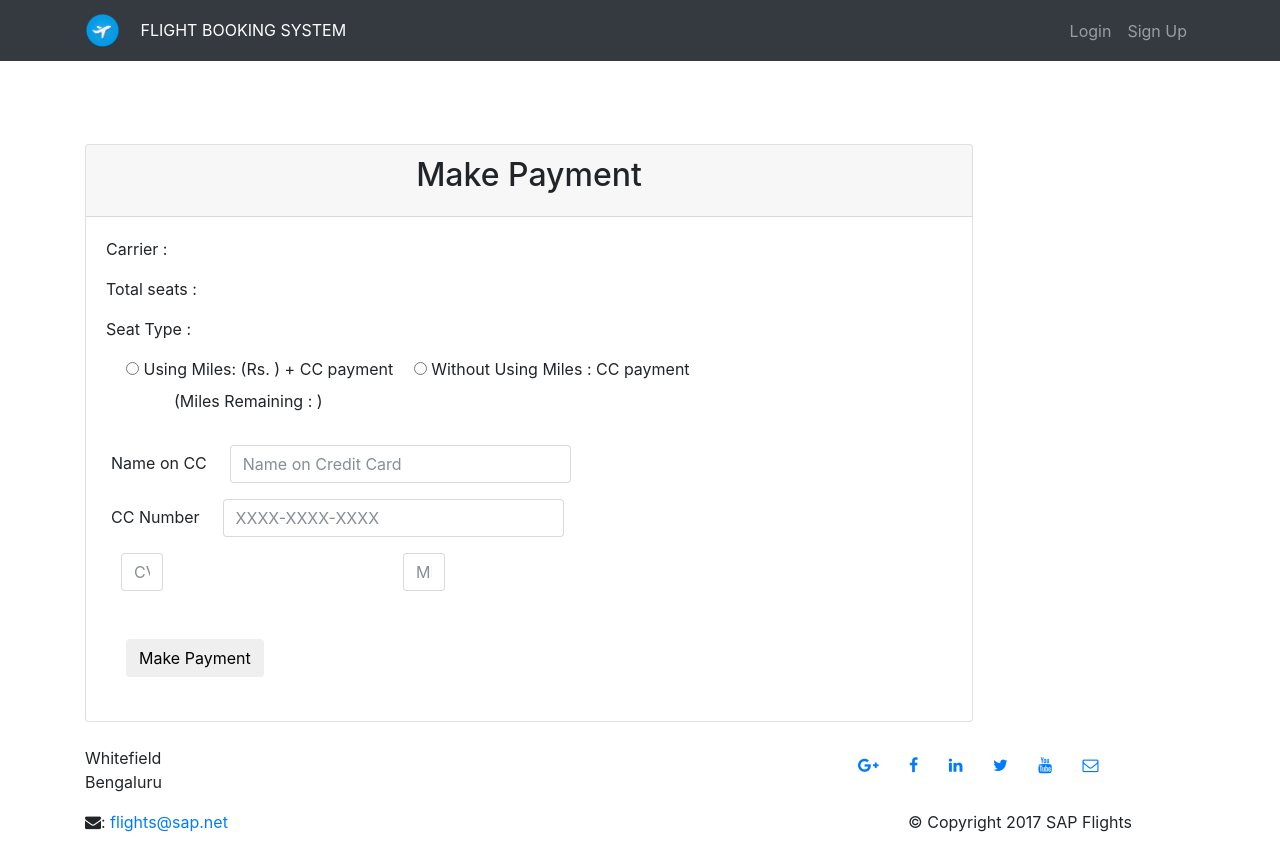
Repository: yashtatia/Spring-Practice
Page: http://localhost/FitnessTracker/WEB-INF/jsp/makePayment.jsp
These files come from the project's save history. The page is drawn as it stood at one moment and after the next save; the edit follows.
The browser window is 1280 px wide. The pictures show the whole page.
Some web libraries are served in a nearby version. The page is served by Tomcat 9. Nobody is signed in. The template is opened directly, without the code that normally fills it, so the values that code supplies are empty.

Above is the page before, as saved 2017-09-06 08:50:15.
Console error: SyntaxError: Unexpected token ';'

After the next save:
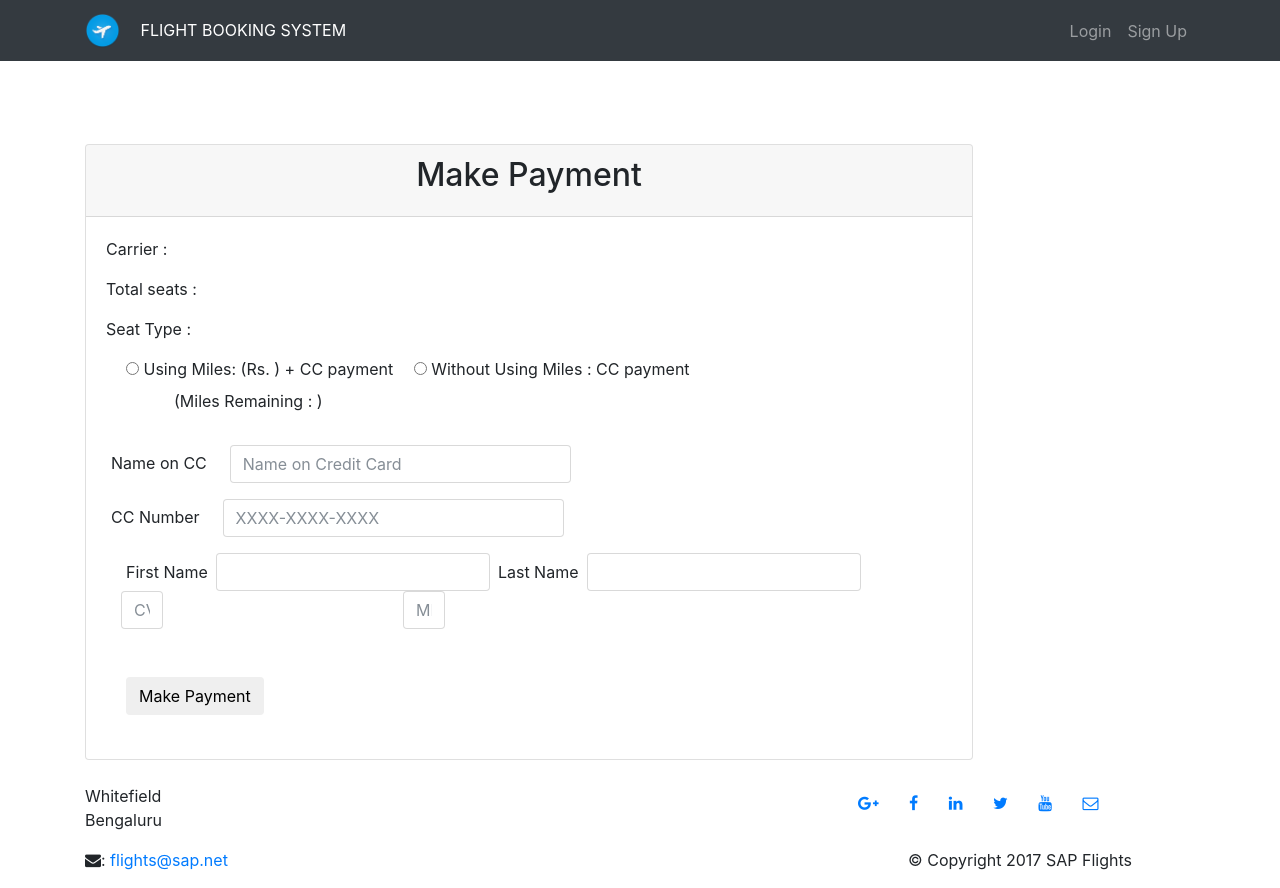
Saved 67 s later.
--- a/FitnessTracker/src/main/webapp/WEB-INF/jsp/makePayment.jsp
+++ b/FitnessTracker/src/main/webapp/WEB-INF/jsp/makePayment.jsp
@@ -50,6 +50,12 @@
 							    <div class="col-sm-10">
 							      <form:input path="cc_number" type="text" name="cc_number" id="cc_number" placeholder="XXXX-XXXX-XXXX" class="form-control" style="max-width: 50%;" />
 							    </div>
+							</div>
+							<div class="form-inline">
+								<label class="mr-sm-2 mb-0" for="first_name">First Name</label>
+<input type="text" class="form-control mr-sm-2 mb-2 mb-sm-0" id="first_name" name="first_name">
+<label class="mr-sm-2 mb-0" for="last_name">Last Name</label>
+<input type="text" class="form-control mr-sm-2 mb-2 mb-sm-0" id="last_name" name="last_name">
 							</div>
 							<div class="form-row">
 									<div class="form-inline">
